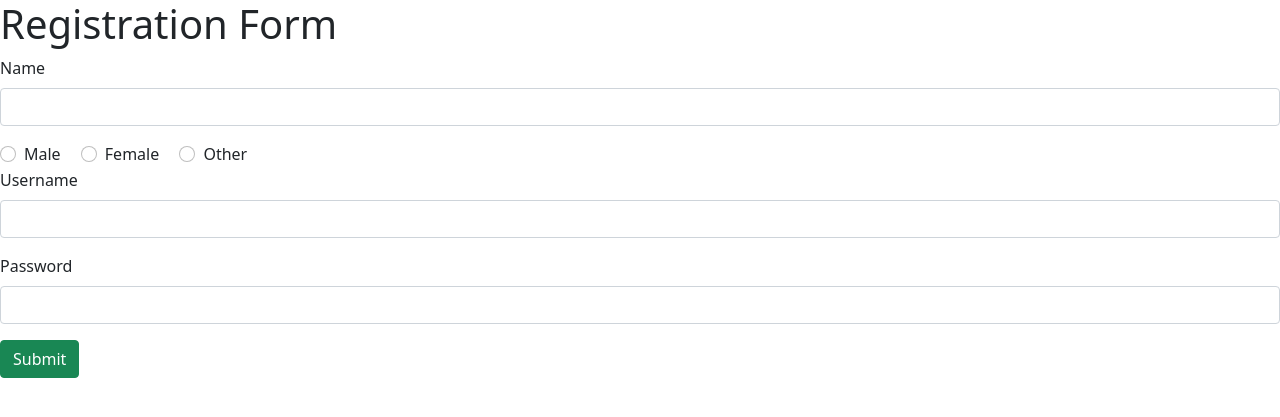
Repository: Raj-Patoliya/Sem-2-JWT
Page: http://localhost/Question_10/Login.jsp
These files come from the project's save history. The page is drawn as it stood at one moment and after the next save; the edit follows.
The browser window is 1280 px wide. The pictures show the whole page.
The page is served by Tomcat 9. Other server files are loaded and not shown.

Above is the page before, as saved 2022-06-28 14:16:36.

### Question 10/src/main/webapp/Login.jsp
<%@ page language="java" contentType="text/html; charset=ISO-8859-1"
    pageEncoding="ISO-8859-1"%>
<!DOCTYPE html>
<html>
<head>
<meta charset="ISO-8859-1">
<title>Insert title here</title>
<link href="https://cdn.jsdelivr.net/npm/bootstrap@5.0.2/dist/css/bootstrap.min.css" rel="stylesheet" integrity="sha384-EVSTQN3/azprG1Anm3QDgpJLIm9Nao0Yz1ztcQTwFspd3yD65VohhpuuCOmLASjC" crossorigin="anonymous">
</head>
<body>
		<div class="h1">Registration Form</div>
		<form action="SaveUser" method="post">
			<div class="mb-3">
				<label for="exampleFormControlInput1" class="form-label">Name</label>
				<input type="text" name="name" class="form-control">
			</div>
			<div class="form-check form-check-inline">
				<input class="form-check-input" type="radio" name="gender"
					id="inlineRadio1" value="male"> <label
					class="form-check-label" for="inlineRadio1">Male</label>
			</div>
			<div class="form-check form-check-inline">
				<input class="form-check-input" type="radio" name="gender"
					id="inlineRadio2" value="female"> <label
					class="form-check-label" for="inlineRadio2">Female</label>
			</div>
			<div class="form-check form-check-inline">
				<input class="form-check-input" type="radio" name="gender"
					id="inlineRadio3" value="other"> <label
					class="form-check-label" for="inlineRadio3">Other</label>
			</div>
			<div class="mb-3">
				<label for="exampleFormControlInput1" class="form-label">Username</label>
				<input type="text" name="username" class="form-control">
			</div>
			<div class="mb-3">
				<label for="exampleFormControlInput1" class="form-label">Password</label>
				<input type="password" name="password" class="form-control">
			</div>
			<div class="mb-3">
				<input type="submit" name="submit" value="Submit"
					class="btn btn-success">
			</div>
		</form>

</body>
</html>

After the next save:
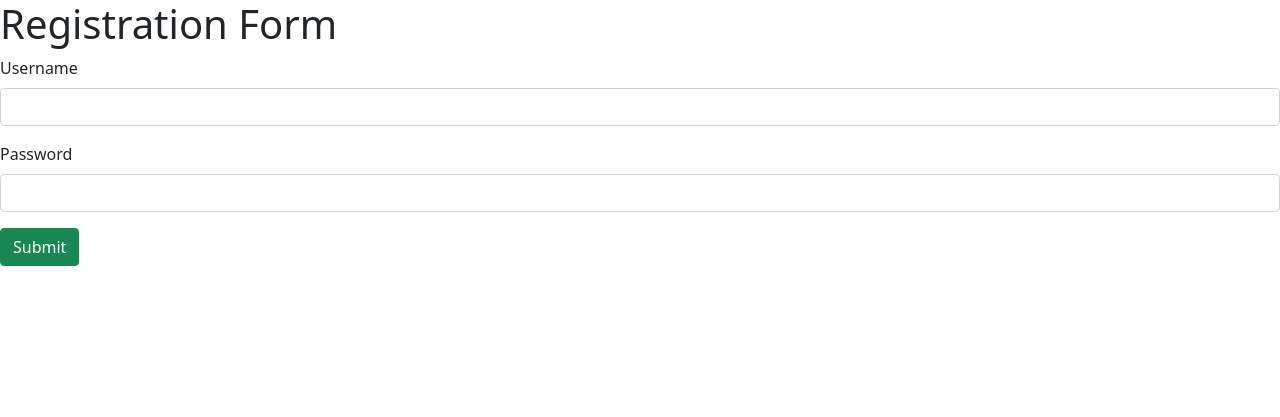
Saved 14 s later.
--- a/Question 10/src/main/webapp/Login.jsp
+++ b/Question 10/src/main/webapp/Login.jsp
@@ -10,25 +10,6 @@
 <body>
 		<div class="h1">Registration Form</div>
 		<form action="SaveUser" method="post">
-			<div class="mb-3">
-				<label for="exampleFormControlInput1" class="form-label">Name</label>
-				<input type="text" name="name" class="form-control">
-			</div>
-			<div class="form-check form-check-inline">
-				<input class="form-check-input" type="radio" name="gender"
-					id="inlineRadio1" value="male"> <label
-					class="form-check-label" for="inlineRadio1">Male</label>
-			</div>
-			<div class="form-check form-check-inline">
-				<input class="form-check-input" type="radio" name="gender"
-					id="inlineRadio2" value="female"> <label
-					class="form-check-label" for="inlineRadio2">Female</label>
-			</div>
-			<div class="form-check form-check-inline">
-				<input class="form-check-input" type="radio" name="gender"
-					id="inlineRadio3" value="other"> <label
-					class="form-check-label" for="inlineRadio3">Other</label>
-			</div>
 			<div class="mb-3">
 				<label for="exampleFormControlInput1" class="form-label">Username</label>
 				<input type="text" name="username" class="form-control">
